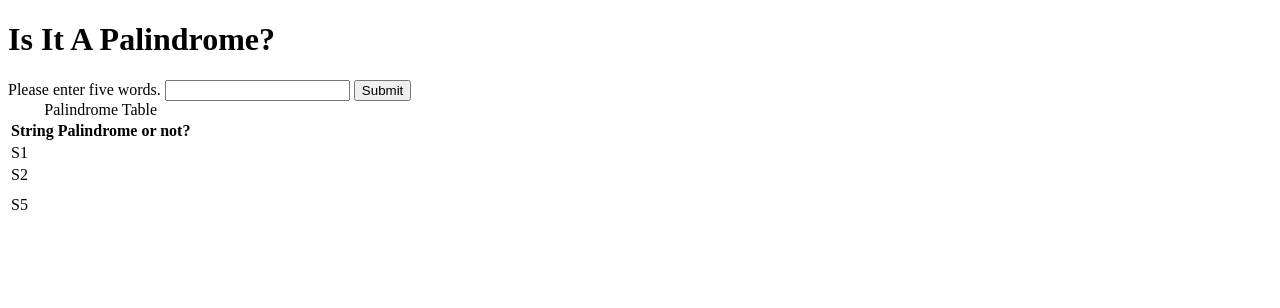
Repository: mlmEFSC21/P18-Palindrome-Table
Page: palindrome.html
The author's editor kept a copy of each file at every save. The page is drawn from the files as they stood at one save, then again after the next save.
The browser window is 1280 px wide. The pictures show the whole page.

Above is the page before, as saved 2022-04-03 17:16:57.

After the next save:
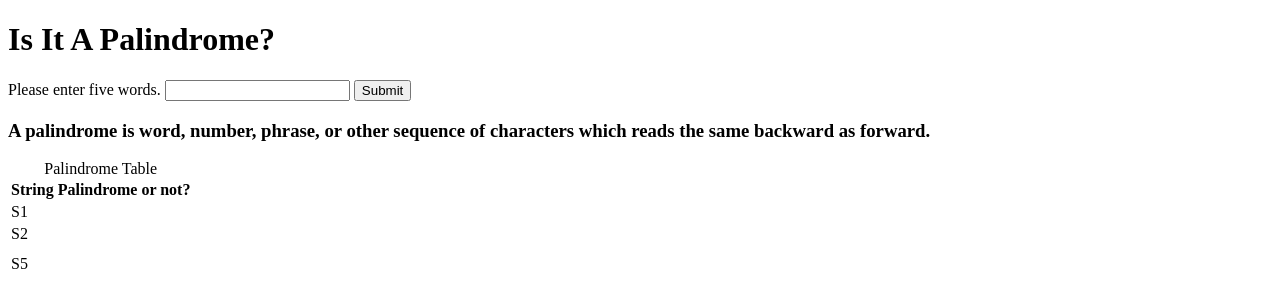
Saved 17 s later.
--- a/palindrome.html
+++ b/palindrome.html
@@ -25,6 +25,8 @@
                 </form>
             </div>
             <div class="tableContainer" id="tableContainer">
+                <div><h3>A palindrome is word, number, phrase, or other sequence of characters which
+                        reads the same backward as forward.</h2></div>
                 <table>
                     <caption>
                         Palindrome Table
